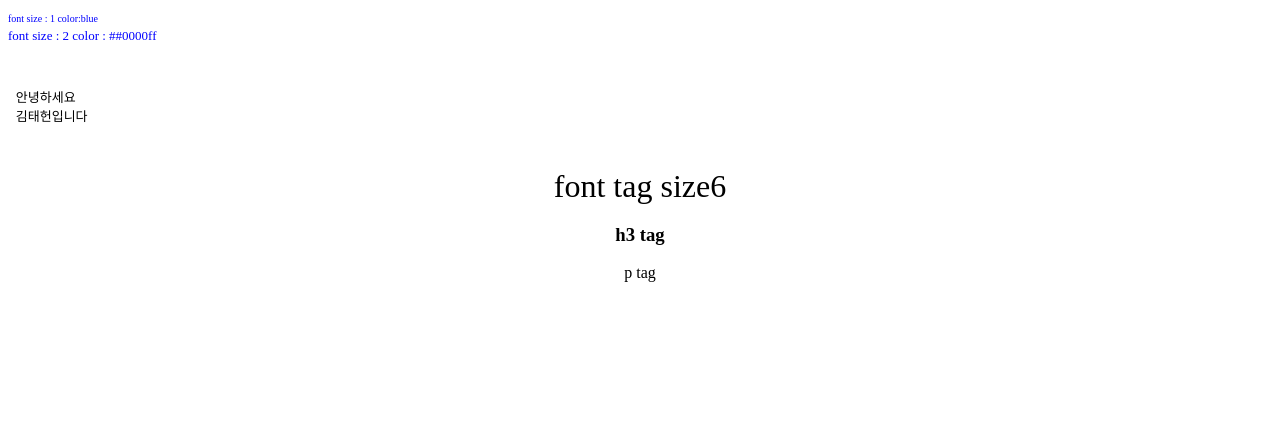
Repository: xsa1113/posco_ict
Page: html/TestSample/WebContent/index3.html
The author's editor kept a copy of each file at every save. The page is drawn from the files as they stood at one save, then again after the next save.
The browser window is 1280 px wide. The pictures show the whole page.

Above is the page before, as saved 2022-05-04 07:42:00.

After the next save:
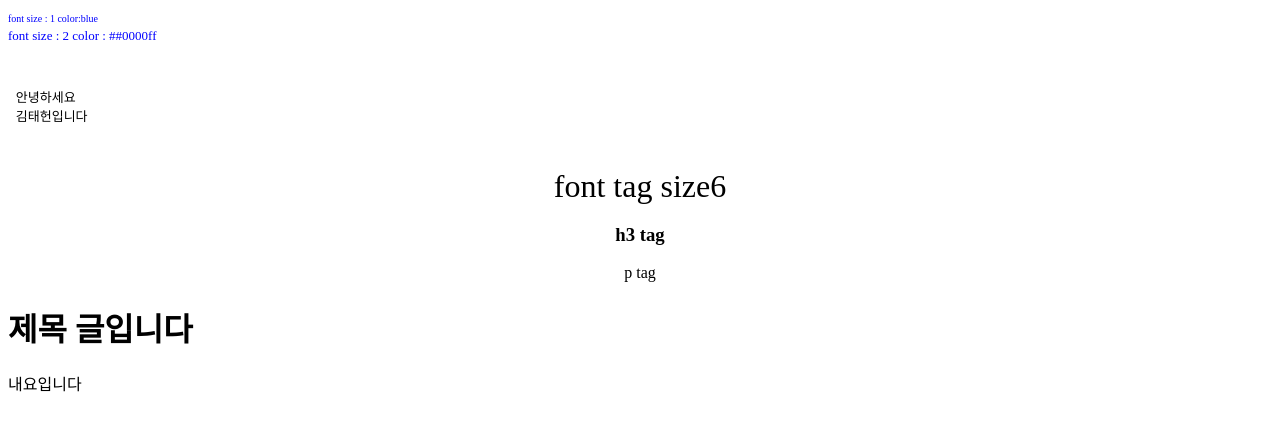
Saved 80 s later.
--- a/html/TestSample/WebContent/index3.html
+++ b/html/TestSample/WebContent/index3.html
@@ -32,5 +32,13 @@ font, div
 
  </div>
 
+ <div>
+ 	<h1>제목 글입니다</h1>
+ 	<p>내요입니다</p>
+ </div>
+
+
+
+
 </body>
 </html>
